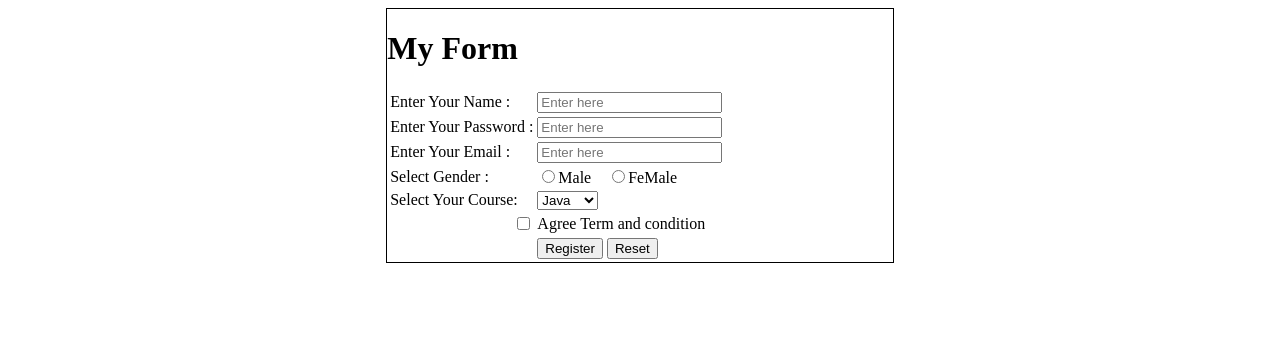
Repository: Kamleshmaury/CoreJava
Page: RegistrationForm/src/main/webapp/index.html
An editor plug-in stored every save of this project. The page is shown before and after the next save, followed by the edit.
The browser window is 1280 px wide. The pictures show the whole page.

Above is the page before, as saved 2022-10-18 09:08:35.

After the next save:
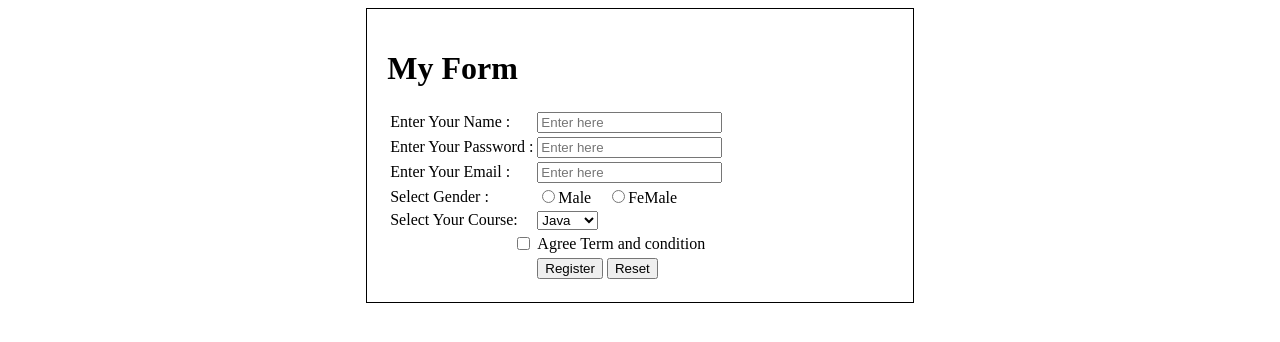
Saved 38 s later.
--- a/RegistrationForm/src/main/webapp/index.html
+++ b/RegistrationForm/src/main/webapp/index.html
@@ -9,7 +9,7 @@
 				width: 40%;
 				border: 1px solid black;
 				margin: auto;
-
+				padding: 20px;
 			}
 
 		</style>
